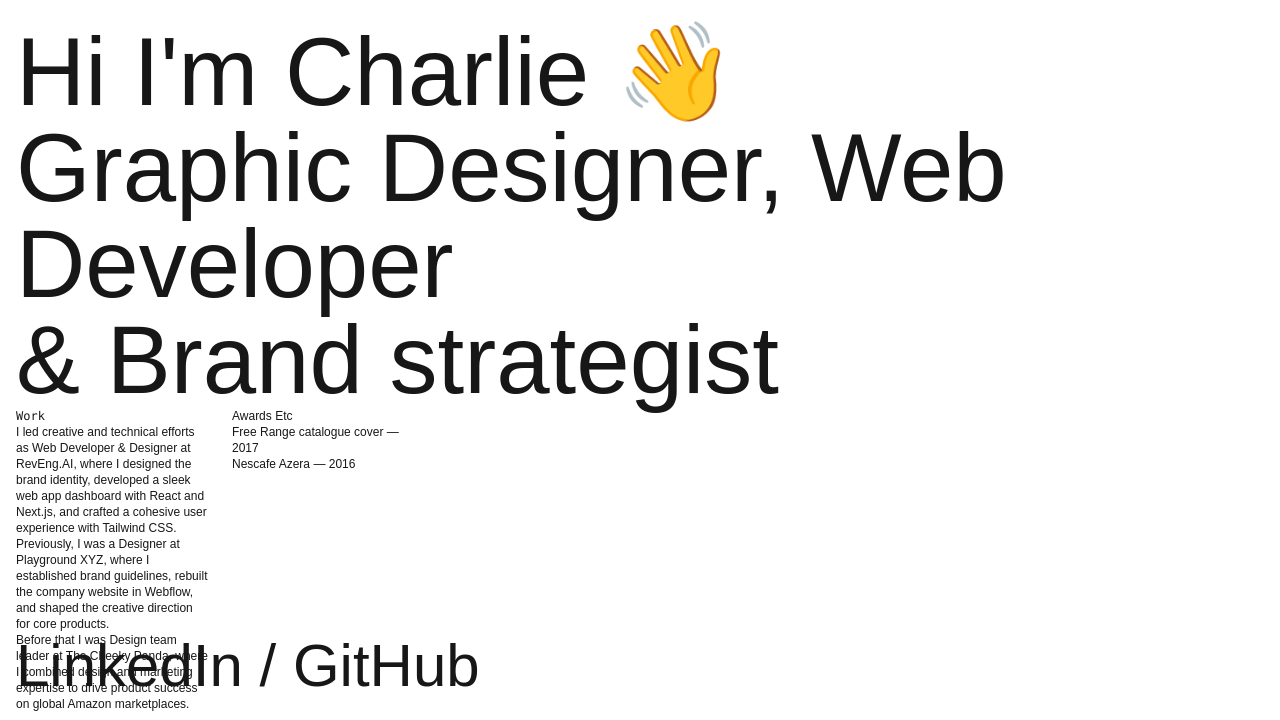
Repository: charlehs/portfolio
Page: /
An editor plug-in stored every save of this project. The page is shown before and after the next save, followed by the edit.
The browser window is 1280 px wide. The pictures show the whole page.
The project was rebuilt for these pictures with package versions that can differ from the ones it lists, and the page was loaded fresh each time. The framework's server and built-in components were replaced by stand-ins that run in the browser. Also part of the build but not shown: next.config.ts.

Above is the page before, as saved 2025-01-02 18:55:13.

### app/layout.tsx
import type { Metadata } from "next";
import localFont from "next/font/local";
import Nav from "./components/Nav";
import "./globals.css";

const geistSans = localFont({
  src: "./fonts/GeistVF.woff",
  variable: "--font-geist-sans",
  weight: "100 900",
});
const geistMono = localFont({
  src: "./fonts/GeistMonoVF.woff",
  variable: "--font-geist-mono",
  weight: "100 900",
});

export const metadata: Metadata = {
  title: "Create Next App",
  description: "Generated by create next app",
};

export default function RootLayout({
  children,
}: Readonly<{
  children: React.ReactNode;
}>) {
  return (
    <html lang="en">
      <body
        className={`${geistSans.variable} ${geistMono.variable} antialiased`}
      >
        {/* <Nav /> */}
        {children}
      </body>
    </html>
  );
}

### app/page.tsx
import Image from "next/image";

export default function Home() {
  return (
    <div className="px-4 py-6 flex flex-col justify-between h-screen ">
      <main className=" flex flex-col h-[75%] justify-between">
        <div>
          <p className=" text-8xl">
            Hi I'm Charlie 👋
            <br />{" "}
            <span>
              Graphic Designer, Web Developer
              <br /> & Brand strategist
            </span>
          </p>
        </div>
        <div className="grid grid-cols-3  text-xs max-w-[50%] gap-6">
          <div>
            <h3 className="font-mono">Work </h3>
            <p>
              I led creative and technical efforts as Web Developer & Designer
              at{" "}
              <span>
                <a href="https://reveng.ai">RevEng.AI</a>
              </span>
              , where I designed the brand identity, developed a sleek web app
              dashboard with React and Next.js, and crafted a cohesive user
              experience with Tailwind CSS. <br />
              Previously, I was a Designer at Playground XYZ, where I
              established brand guidelines, rebuilt the company website in
              Webflow, and shaped the creative direction for core products.
              <br />
              Before that I was Design team leader at The Cheeky Panda, where I
              combined design and marketing expertise to drive product success
              on global Amazon marketplaces.
            </p>
          </div>

          <div>
            <h3>Awards Etc </h3>
            <a
              href={
                "https://trumanbrewery.com/files/rooms/3526/OTB_NEWS_1706_2.html"
              }
            >
              <p>Free Range catalogue cover — 2017</p>
            </a>
            <a
              href={
                "https://www.nescafe.com/gb/campaigns/azera-by-design-archive"
              }
            >
              <p>Nescafe Azera — 2016</p>
            </a>
          </div>
        </div>
      </main>
      <footer className=" ">
        <p className=" text-6xl">
          <a href="https://linkedin.com/in/charliedev" target={"_blank"}>
            LinkedIn
          </a>{" "}
          /{" "}
          <a href="https://github.com/charlehs" target={"_blank"}>
            GitHub
          </a>
        </p>
      </footer>
    </div>
  );
}

### app/globals.css
@tailwind base;
@tailwind components;
@tailwind utilities;

:root {
  --background: #ffffff;
  --foreground: #171717;
}

@media (prefers-color-scheme: dark) {
  :root {
    --background: #0a0a0a;
    --foreground: #ededed;
  }
}

body {
  color: var(--foreground);
  background: var(--background);
  font-family: Arial, Helvetica, sans-serif;
}

@font-face {
  font-family: "Harmond";
  src: url("/fonts/Harmond-SemiBoldCondensed.otf") format("opentype");
  font-weight: 600; /* Regular */
  font-style: normal;
}

@font-face {
  font-family: "Harmond";
  src: url("/fonts/Harmond-SemBdItaCond.otf") format("opentype");
  font-weight: 600; /* Bold */
  font-style: italic;
}
@font-face {
  font-family: "Harmond";
  src: url("/fonts/Harmond-ExtraBoldExpanded.otf") format("opentype");
  font-weight: 800; /* Bold */
  font-style: normal;
}

.harmond-text {
  font-family: "Harmond", sans-serif;
}

.extra-bold {
  font-family: "Harmond", sans-serif;
  font-weight: 800;
  font-style: normal;
}

Loaded but not shown: tailwind.config.ts (common file)

After the next save:
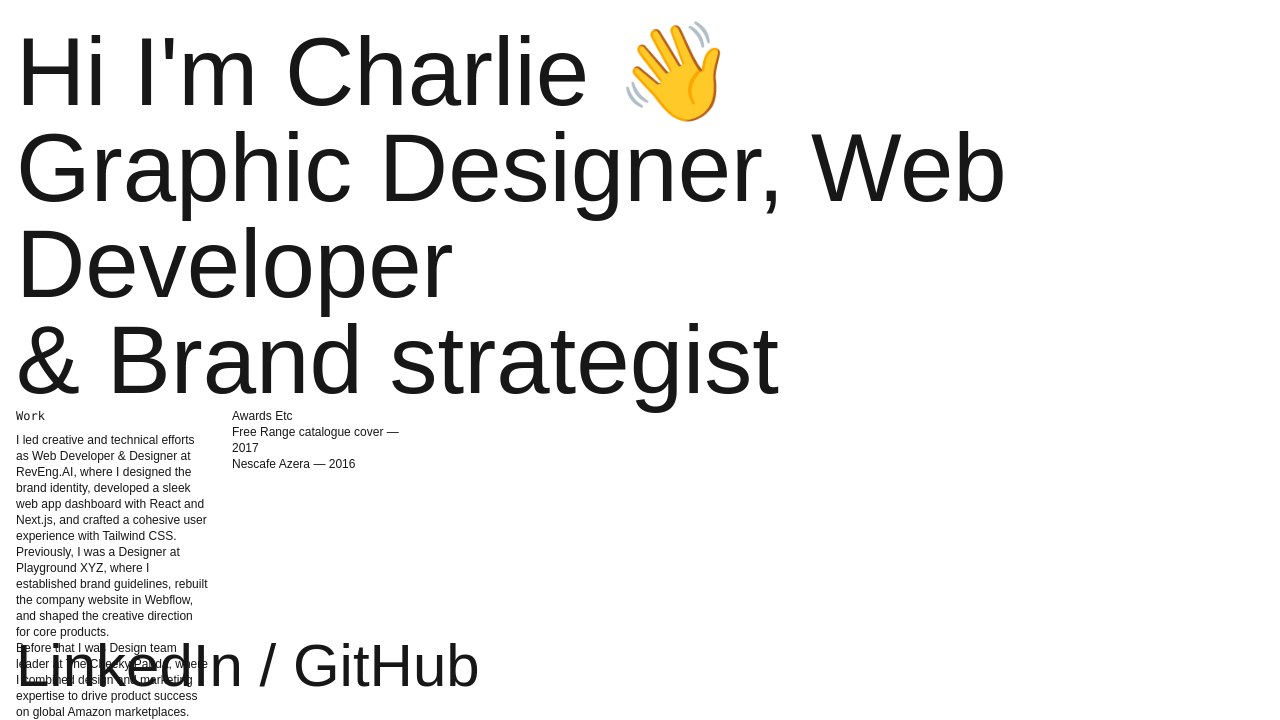
Saved 7 s later.
--- a/app/page.tsx
+++ b/app/page.tsx
@@ -16,7 +16,7 @@ export default function Home() {
         </div>
         <div className="grid grid-cols-3  text-xs max-w-[50%] gap-6">
           <div>
-            <h3 className="font-mono">Work </h3>
+            <h3 className="font-mono pb-2">Work </h3>
             <p>
               I led creative and technical efforts as Web Developer & Designer
               at{" "}
